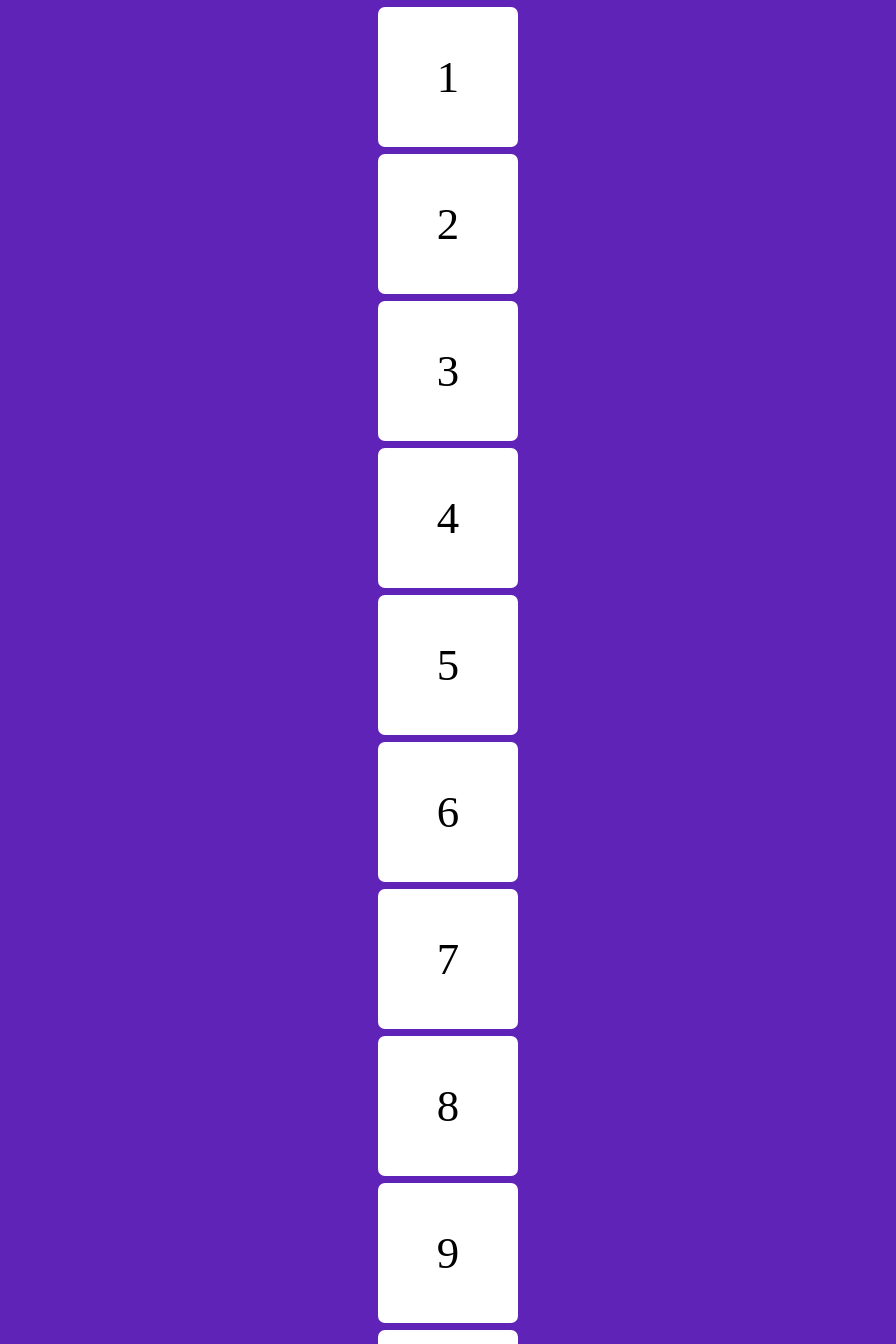
Repository: JunaidAnsari202/Scrollbar-Animation
Page: index.html
An editor plug-in stored every save of this project. The page is shown before and after the next save, followed by the edit.
The browser window is 1280 px wide. The pictures show the part of the page from y = 0 to 1920 px (the page is 10510 px tall), at 70% of full size.

Above is the page before, as saved 2024-11-07 12:24:39.

### index.html
<!DOCTYPE html>
<html lang="en">
<head>
    <meta charset="UTF-8">
    <meta name="viewport" content="width=device-width, initial-scale=1.0">
    <title>Document</title>
    <link rel="stylesheet" href="style.css">

</head>
<body>
    <div class="container">
        <div class="cards">1</div>
        <div class="cards">2</div>
        <div class="cards">3</div>
        <div class="cards">4</div>
        <div class="cards">5</div>
        <div class="cards">6</div>
        <div class="cards">7</div>
        <div class="cards">8</div>
        <div class="cards">9</div>
        <div class="cards">10</div>
        <div class="cards">11</div>
        <div class="cards">12</div>
        <div class="cards">13</div>
        <div class="cards">14</div>
        <div class="cards">15</div>
        <div class="cards">16</div>
        <div class="cards">17</div>
        <div class="cards">18</div>
        <div class="cards">19</div>
        <div class="cards">20</div>
        <div class="cards">21</div>
        <div class="cards">22</div>
        <div class="cards">23</div>
        <div class="cards">24</div>
        <div class="cards">25</div>
        <div class="cards">26</div>
        <div class="cards">27</div>
        <div class="cards">28</div>
        <div class="cards">29</div>
        <div class="cards">30</div>
        <div class="cards">31</div>
        <div class="cards">32</div>
        <div class="cards">33</div>
        <div class="cards">34</div>
        <div class="cards">35</div>
        <div class="cards">36</div>
        <div class="cards">37</div>
        <div class="cards">38</div>
        <div class="cards">39</div>
        <div class="cards">40</div>
        <div class="cards">41</div>
        <div class="cards">42</div>
        <div class="cards">43</div>
        <div class="cards">44</div>
        <div class="cards">45</div>
        <div class="cards">46</div>
        <div class="cards">47</div>
        <div class="cards">48</div>
        <div class="cards">49</div>
        <div class="cards">50</div>
    </div>

    <div class="scrollbar"></div>

    <script src="script.js"></script>
</body>
</html>

### style.css
*{
    margin: 0;
    padding: 0;
    box-sizing: border-box;
}

body{
    background-color: rgb(95, 35, 184);
    display: flex;
    justify-content: center;
    /* align-items: center; */
}

.cards{
    width: 200px;
    height:200px;
    background-color: white;
    display: flex;
    justify-content: center;
    align-items: center;
    font-size: 4rem;
    border-radius: 10px;
    margin: 10px;



}

.scrollbar{
    background-color: blue;
    /* width: 100%; */
    position: fixed;
    height: 20px;
    top: 0;
    left: 0;


}

### script.js
const scrollbar = document.querySelector('.scrollbar');

window.addEventListener('scroll',()=>{
    let percentage=(window.scrollY/(document.body.scrollHeight-window.innerHeight))*100
    scrollbar.style.width=percentage+'%'
})

After the next save:
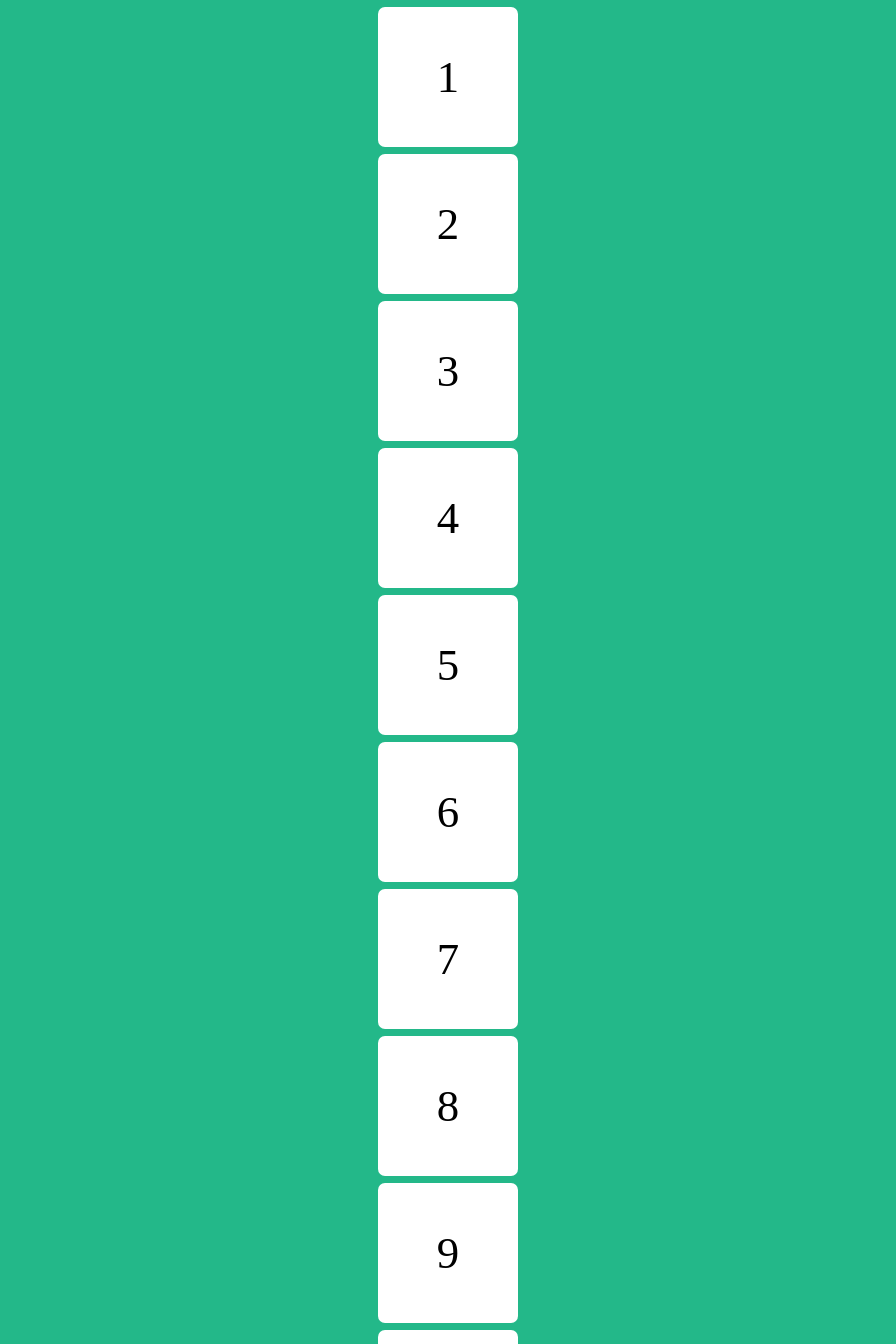
Saved 4 s later.
--- a/style.css
+++ b/style.css
@@ -5,7 +5,7 @@
 }
 
 body{
-    background-color: rgb(95, 35, 184);
+    background-color: rgb(35, 184, 137);
     display: flex;
     justify-content: center;
     /* align-items: center; */
